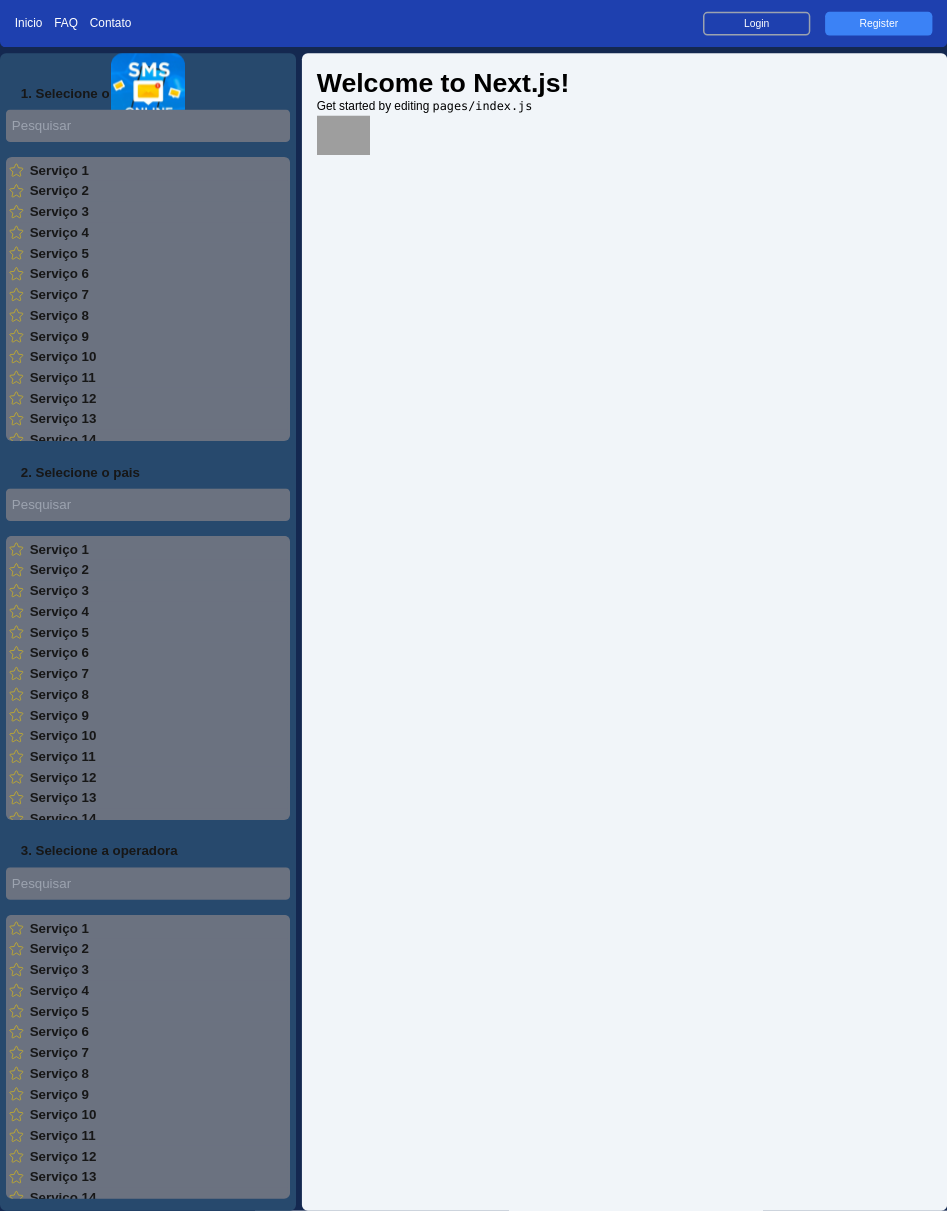
Repository: Felipe-Henrique-Dev/-DIOGO-SMS
Page: /
These files come from the project's save history. The page is drawn as it stood at one moment and after the next save; the edit follows.
The browser window is 1280 px wide. The pictures show the whole page, at 74% of full size.
Pictures or frames that could not be fetched are drawn as grey boxes. The project was rebuilt for these pictures with package versions that can differ from the ones it lists, and the page was loaded fresh each time. The framework's server and built-in components were replaced by stand-ins that run in the browser. Also part of the build but not shown: next.config.ts.

Above is the page before, as saved 2024-12-16 22:15:29.

### src/app/layout.tsx
import type { Metadata } from "next";
import "./globals.css";
import Header from "@/components/main/Header";
import Main from "@/components/main/Main";
import WebApp from "@/components/main/WebApp";



export const metadata: Metadata = {
  title: "Create Next App",
  description: "Generated by create next app",
};

export default function RootLayout({
  children,
}: Readonly<{
  children: React.ReactNode;
}>) {
  return (
    <html lang="pt-br">
      <body className={`antialiased`}>
        <Header />
        <Main>
          <WebApp />
          {children}
        </Main>
      </body>
    </html>
  );
}

### src/app/page.tsx
import Section from "@/components/main/Section";
import Image from "next/image";

export default function Home() {
  return (
    <Section>
      <h1 className="text-4xl font-bold text-center">Welcome to Next.js!</h1>
      <p className="text-center">
        Get started by editing <code>pages/index.js</code>
      </p>
      <Image
        src="/vercel.svg"
        alt="Vercel Logo"
        width={72}
        height={16}
      />
    </Section>
  );
}

### src/app/globals.css
@tailwind base;
@tailwind components;
@tailwind utilities;

:root {
  --background: #142850;
  --background-secondary: #27496D;
  --primary_text: #fff;
  --foreground: #171717;
  --color-primary: #000;
  --color-secondary: #1F40AF;
}


body {
  color: var(--foreground);
  background: var(--background);
  font-family: Arial, Helvetica, sans-serif;
}

::-webkit-scrollbar {
  width: 8px;
  height: 10px;
}

::-webkit-scrollbar-track {
  background-color: var(--color-primary);
}

::-webkit-scrollbar-thumb {
  background: var(--color-secondary);
  border-radius: 10px;
}

::-webkit-scrollbar-thumb:hover {
  background-color: var(--color-highlight-hover);
}

### src/components/main/Header.tsx
import React from "react";
import { Button } from "./Button";


export default function Header() {
  return (
    <header className="h-16 bg-blue-800 max-w-screen-2xl m-auto sticky top-0 items-center justify-between  flex rounded-b-lg px-5 z-[9999] ">
        <nav className="flex gap-4">
            <a href="#" className="text-white">Inicio</a>
            <a href="#" className="text-white">FAQ</a>
            <a href="#" className="text-white">Contato</a>
        </nav>
        <div className="container flex justify-between items-center w-1/4 gap-5">
            <Button type="button" size="sm" className="text-white" isLoading={false} bgColor="none">Login</Button>
            <Button type="button" size="sm" className="text-white" isLoading={false} bgColor="primary">
                Register
            </Button>
        </div>
    </header>
  );
}

### src/components/main/Main.tsx
import React from "react";

export default function Main({
  children,
}: Readonly<{
  children: React.ReactNode;
}>) {
  return (
    <main className="container max-w-screen-2xl mx-auto flex pt-2 gap-2 ">
      {children}
    </main>
  );
}

### src/components/main/WebApp.tsx
'use client'
import React from "react";
import { Input } from "./Input";
import { useForm } from "react-hook-form"
import Image from "next/image";
export default function WebApp() {
  const [selectService, setSelectService] = React.useState<{ title: string; valor: number; numberDispobilize: number; id: string } | null>(null);
  const [selectCountry, setSelectCountry] = React.useState<{ title: string; valor: number; numberDispobilize: number; id: string } | null>(null);
  const [selectOperator, setSelectOperator] = React.useState<{ title: string; valor: number; numberDispobilize: number; id: string } | null>(null);

  return (
    <aside className="min-w-[25rem] min-h-[90svh] bg-background_secondary text-pri sticky left-0 top-[4.5rem] z-50 rounded-lg flex flex-col p-2 gap-5  pt-10">
      <Image src="/logo.webp" alt="Logo" width={100} height={100} className="rounded-2xl absolute top-0 transform -translate-x-1/2 left-1/2" />
      <Container subTitle="1. Selecione o serviço" list={list} select={selectService} setSelect={setSelectService} />
      <Container subTitle="2. Selecione o pais" list={list} select={selectCountry} setSelect={setSelectCountry} />
      <Container subTitle="3. Selecione a operadora" list={list} select={selectOperator} setSelect={setSelectOperator} />
    </aside>
  );
}


const Container = ({
  list,
  subTitle,
  select,
  setSelect
}: {
  subTitle: string;
  select?: { title: string; valor: number; numberDispobilize: number; id: string } | null;
  setSelect: React.Dispatch<React.SetStateAction<{ title: string; valor: number; numberDispobilize: number; id: string } | null>>;
  list: { title: string; valor: number; numberDispobilize: number; id: string }[];
}) => {
  const { register, watch } = useForm();
  const filter = (watch("filter") || "").toLowerCase();
  const [favorites, setFavorites] = React.useState<string[]>([]);
  const [loading, setLoading] = React.useState<boolean>(true);

  React.useEffect(() => {
    const storedFavorites = JSON.parse(localStorage.getItem("favorites") || "[]");
    setFavorites(storedFavorites);
    setLoading(false);
  }, []);

  const setFavoriteInStorage = (item: string) => {
    const newFavorites = favorites.includes(item)
      ? favorites.filter(favorite => favorite !== item)
      : [...favorites, item];

    setFavorites(newFavorites);
    localStorage.setItem("favorites", JSON.stringify(newFavorites));
  };

  // Primeiro filtrar e ordenar a lista antes do map
  const filteredAndSortedList = React.useMemo(() => {
    return list
      .filter(item => item.title.toLowerCase().includes(filter))
      .sort((a, b) => {
        const aFav = favorites.includes(a.id);
        const bFav = favorites.includes(b.id);
        if (aFav && !bFav) return -1;
        if (!aFav && bFav) return 1;
        return 0;
      });
  }, [list, filter, favorites]);

  if (loading) return <div>Carregando...</div>;

  return (
    <div className="flex flex-col gap-2  ">
      <span className="text-lg font-bold w-full text-start px-5">{subTitle}</span>
      {
        select ?
          <div className="flex w-full bg-slate-300 rounded-lg h-10 items-center justify-start px-5 gap-5 ">
            <button onClick={() => setSelect(null)} className="flex items-center justify-center gap-2 h-8 min-w-8 rounded-xl border-red-500 border-[1px] text-black">X</button>
            <span className="text-lg font-bold min-w-8 h-8 rounded-full text-center bg-white ">I</span>
            <span className="text-lg font-bold w-auto text-center">{select.title}</span>
          </div>
        :
        <>
          <Input type="text" placeholder="Pesquisar" size="lg" register={register("filter")} />
          <div className="h-96 bg-gray-500 w-full my-2 overflow-x-auto scroll-smooth rounded-lg p-1 ">
            {filteredAndSortedList.map((item) => (
              <div className="bg-gray-500 w-full flex items-center justify-start gap-2" key={item.id}>
                <Stars
                  stars={favorites.includes(item.id)}
                  setFavorite={() => setFavoriteInStorage(item.id)}
                />
                <button className="flex flex-col" onClick={() => setSelect(item)}>
                  <span className="text-lg font-bold w-full text-center">{item.title}</span>
                </button>
              </div>
            ))}
          </div>
        </>
      }
    </div>
  );
};



const list = [
  {
    id: "1",
    title: "Serviço 1",
    valor: 10.00,
    numberDispobilize: 6000,
  },
  {
    id: "2",
    title: "Serviço 2",
    valor: 20.00,
    numberDispobilize: 5000,
  },
  {
    id: "3",
    title: "Serviço 3",
    valor: 30.00,
    numberDispobilize: 4000,
  },
  {
    id: "4",
    title: "Serviço 4",
    valor: 40.00,
    numberDispobilize: 3000,
  },
  {
    id: "5",
    title: "Serviço 5",
    valor: 50.00,
    numberDispobilize: 2000,
  },
  {
    id: "6",
    title: "Serviço 6",
    valor: 60.00,
    numberDispobilize: 1000,
  },
  {
    id: "7",
    title: "Serviço 7",
    valor: 70.00,
    numberDispobilize: 900,
  },
  {
    id: "8",
    title: "Serviço 8",
    valor: 80.00,
    numberDispobilize: 800,
  },
  {
    id: "9",
    title: "Serviço 9",
    valor: 90.00,
    numberDispobilize: 700,
  },
  {
    id: "10",
    title: "Serviço 10",
    valor: 100.00,
    numberDispobilize: 600,
  },
  {
    id: "11",
    title: "Serviço 11",
    valor: 110.00,
    numberDispobilize: 500,
  },
  {
    id: "12",
    title: "Serviço 12",
    valor: 120.00,
    numberDispobilize: 400,
  },
  {
    id: "13",
    title: "Serviço 13",
    valor: 130.00,
    numberDispobilize: 300,
  },
  {
    id: "14",
    title: "Serviço 14",
    valor: 140.00,
    numberDispobilize: 200,
  },
  {
    id: "15",
    title: "Serviço 15",
    valor: 150.00,
    numberDispobilize: 100,
  }
];

const Stars = ({stars, setFavorite} : {stars: boolean, setFavorite: () => void}) => {
  return (
      <>
          {
              !stars?
              <svg width="20" height="20" viewBox="0 0 13 12" fill="none" xmlns="http://www.w3.org/2000/svg" onClick={setFavorite} className="cursor-pointer" >
                  <path d="M6.49956 9.51326L9.26623 11.1866C9.77289 11.4933 10.3929 11.0399 10.2596 10.4666L9.52623 7.31992L11.9729 5.19993C12.4196 4.81326 12.1796 4.07993 11.5929 4.03326L8.37289 3.75993L7.11289 0.786592C6.88623 0.246592 6.11289 0.246592 5.88623 0.786592L4.62623 3.75326L1.40623 4.02659C0.81956 4.07326 0.57956 4.80659 1.02623 5.19326L3.47289 7.31326L2.73956 10.4599C2.60623 11.0333 3.22623 11.4866 3.73289 11.1799L6.49956 9.51326Z" fill="none" stroke="#EFC900" strokeWidth="0.5"/>
              </svg>
              :
              <svg width="20" height="20" viewBox="0 0 13 12" fill="none" xmlns="http://www.w3.org/2000/svg" onClick={setFavorite} className="cursor-pointer">
                  <path d="M6.49956 9.51326L9.26623 11.1866C9.77289 11.4933 10.3929 11.0399 10.2596 10.4666L9.52623 7.31992L11.9729 5.19993C12.4196 4.81326 12.1796 4.07993 11.5929 4.03326L8.37289 3.75993L7.11289 0.786592C6.88623 0.246592 6.11289 0.246592 5.88623 0.786592L4.62623 3.75326L1.40623 4.02659C0.81956 4.07326 0.57956 4.80659 1.02623 5.19326L3.47289 7.31326L2.73956 10.4599C2.60623 11.0333 3.22623 11.4866 3.73289 11.1799L6.49956 9.51326Z" fill="#EFC900"/>
              </svg>
          }
      </>
  );
}

### src/components/main/Section.tsx
import { cn } from "@/lib/utils";
import React from "react";

export default function Section({
  children,
  className
}: Readonly<{
  children: React.ReactNode;
  className?: string;
}>) {
  return (
    <section className={cn(
      "p-5 flex flex-col min-h-[90svh] bg-slate-100 w-full text-black items-start justify-start rounded-lg ",
      className
    )}>
      {children}
    </section>
  );
}

### src/components/main/Button.tsx
/* eslint-disable @typescript-eslint/no-explicit-any */
import { cn } from "@/lib/utils";
import React from "react";

export const Button = ({
    className,
    size = "md",
    onClick,
    children,
    type,
    isLoading,
    bgColor = "primary",
}:{
    type: 'button' | 'submit' | 'reset';
    onClick?: (event: React.MouseEvent<HTMLButtonElement>) => void;
    className?: string;
    children: React.ReactNode;
    size?: "sm" | "md" | "lg";
    isLoading: boolean;
    bgColor?: "primary" | "secondary" | "danger" | "none";
}) => {

    const sizes = {
        sm: "w-1/2 h-8 text-sm",
        md: "w-3/4 h-10 text-base",
        lg: "w-full h-14 text-lg",
    };

    const bgColors = {
        primary: "bg-blue-500 text-white",
        secondary: "bg-gray-500 text-white",
        danger: "bg-red-500 text-white",
        none: "bg-transparent text-black border-gray-400 border-2 "
    };

    return (
        <button
            type={type}
            onClick={onClick}
            className={cn(
                "p-2 rounded-md relative flex items-center justify-center",
                bgColors[bgColor],
                sizes[size],
                className
            )}
            disabled={isLoading}
        >
            {
                isLoading ? loading() : children
            }
        </button>
    );
}


const loading = () => {
    return (
        <div className="absolute inset-0 bg-gray-300 bg-opacity-50 flex items-center justify-center">
            <div className="animate-spin rounded-full h-12 w-12 border-t-2 border-b-2 border-gray-900"></div>
        </div>
    );
}

### src/components/main/Input.tsx
/* eslint-disable @typescript-eslint/no-unused-vars */
/* eslint-disable @typescript-eslint/no-explicit-any */
import { cn } from "@/lib/utils";
import React from "react";

export const Input = ({
    type,
    placeholder,
    classNameSpan,
    classNameLabel,
    classNameInput,
    label,
    size = "md",
    icon,
    register,
    bgColor = "secondary",
    labelIsHidden = false,
    name
}:{
    type: 'text' | 'password' | 'email';
    placeholder: string;
    classNameSpan?: string;
    classNameLabel?: string;
    classNameInput?: string;
    size?: "sm" | "md" | "lg";
    icon?: React.ReactNode;
    register?: any;
    label?: string;
    bgColor?: "primary" | "secondary" | "danger" | "none";
    labelIsHidden?: boolean;
    name?: string;
}) => {

    const sizes = {
        sm: "w-1/2 h-8 text-sm",
        md: "w-3/4 h-10 text-base",
        lg: "w-full h-12 text-lg",
    };

    const bgColors = {
        primary: "bg-blue-500 text-white",
        secondary: "bg-gray-500 text-white",
        danger: "bg-red-500 text-white",
        none: "bg-transparent text-black border-gray-300 border-2"
    };


    return (
        <span className={cn(
                "relative flex flex-col",
                sizes[size],
                classNameSpan,
        )}>
            {
                labelIsHidden &&
                <label className={cn(
                    classNameLabel
                )} >
                    {label}
                </label>
            }
            <input
                type={type}
                placeholder={placeholder}
                {...register}
                className={cn(
                    "p-2 rounded-md relative w-full",
                    classNameInput,
                    bgColors[bgColor]
                )}
            />
            {icon}
        </span>

    );
}

### tailwind.config.ts
import type { Config } from "tailwindcss";

export default {
  content: [
    "./src/pages/**/*.{js,ts,jsx,tsx,mdx}",
    "./src/components/**/*.{js,ts,jsx,tsx,mdx}",
    "./src/app/**/*.{js,ts,jsx,tsx,mdx}",
  ],
  theme: {
    extend: {
      colors: {
        background: "var(--background)",
        foreground: "var(--foreground)",
        background_secondary: "var(--background-secondary)",
        primary: "var(--primary)",
      },
      background : {
        background: "var(--background)",
        background_secondary: "var(--background-secondary)",
        foreground: "var(--foreground)",
      },
    },
  },
  plugins: [],
} satisfies Config;

Loaded but not shown: src/lib/utils.ts (common file)

After the next save:
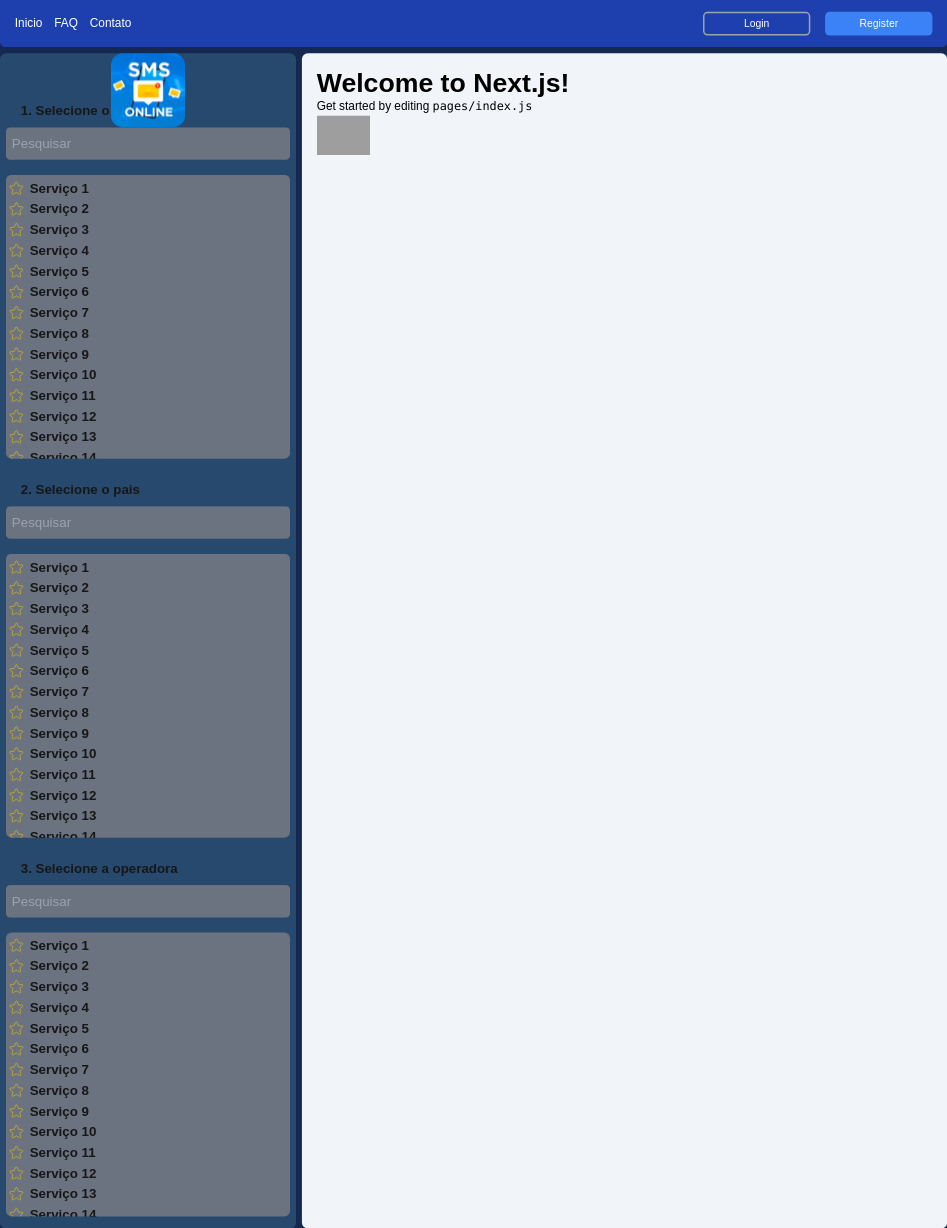
Saved 4 s later.
--- a/src/components/main/WebApp.tsx
+++ b/src/components/main/WebApp.tsx
@@ -9,7 +9,7 @@
   const [selectOperator, setSelectOperator] = React.useState<{ title: string; valor: number; numberDispobilize: number; id: string } | null>(null);
 
   return (
-    <aside className="min-w-[25rem] min-h-[90svh] bg-background_secondary text-pri sticky left-0 top-[4.5rem] z-50 rounded-lg flex flex-col p-2 gap-5  pt-10">
+    <aside className="min-w-[25rem] min-h-[90svh] bg-background_secondary text-pri sticky left-0 top-[4.5rem] z-50 rounded-lg flex flex-col p-2 gap-5  pt-16">
       <Image src="/logo.webp" alt="Logo" width={100} height={100} className="rounded-2xl absolute top-0 transform -translate-x-1/2 left-1/2" />
       <Container subTitle="1. Selecione o serviço" list={list} select={selectService} setSelect={setSelectService} />
       <Container subTitle="2. Selecione o pais" list={list} select={selectCountry} setSelect={setSelectCountry} />
